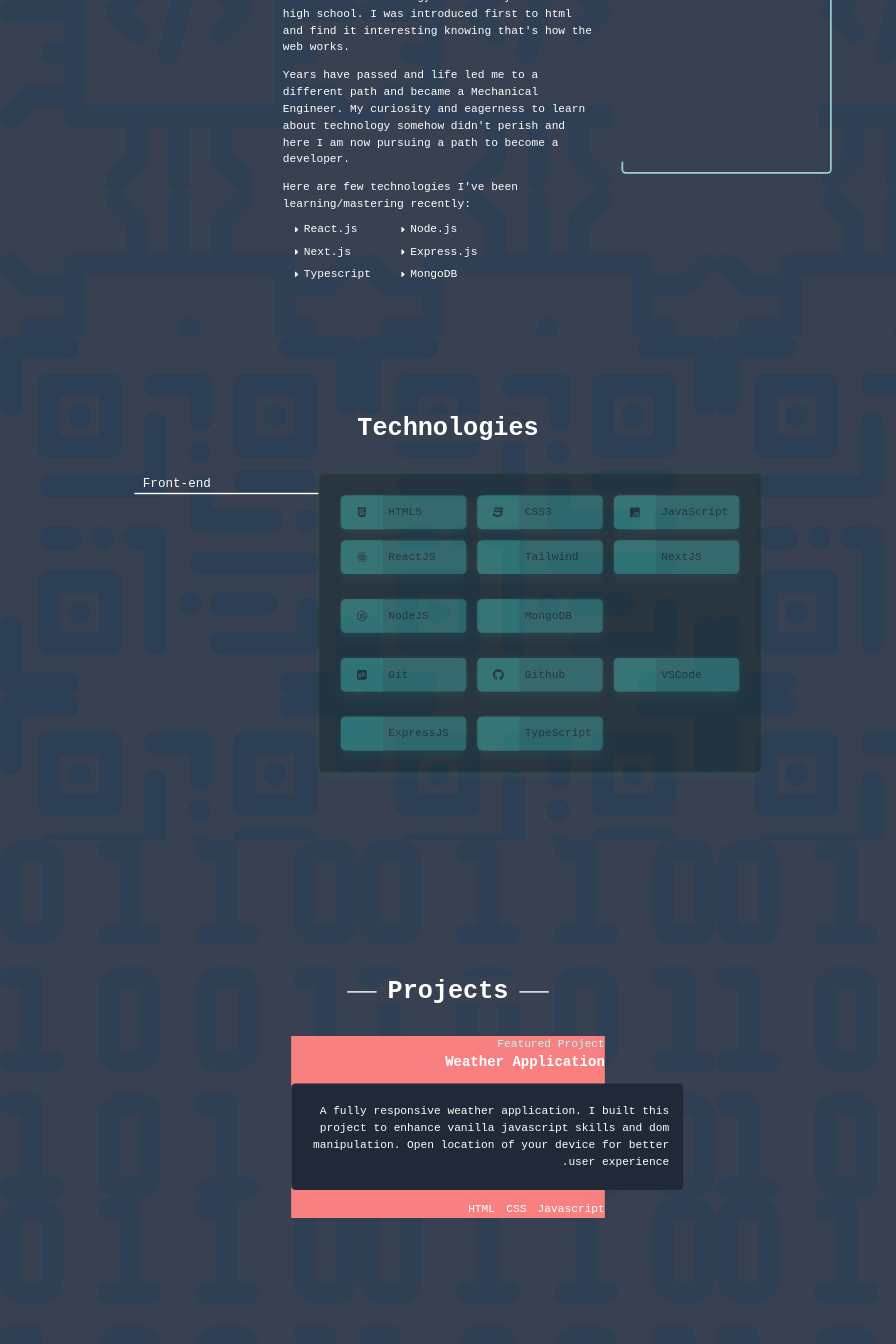
Repository: riandev25/nextjs-portfolio
Page: /
These files come from the project's save history. The page is drawn as it stood at one moment and after the next save; the edit follows.
The browser window is 1280 px wide. The pictures show the part of the page from y = 960 to 2880 px (the page is 2880 px tall), at 70% of full size.
Backgrounds fixed to the window are drawn as part of the page. The project was rebuilt for these pictures with package versions that can differ from the ones it lists, and the page was loaded fresh each time. The framework's server and built-in components were replaced by stand-ins that run in the browser. Also part of the build but not shown: next.config.js, components/Home/Keyboard/index.module.css, components/Home/Keyboard/index.jsx.

Above is the page before, as saved 2022-11-12 19:55:09.

After the next save:
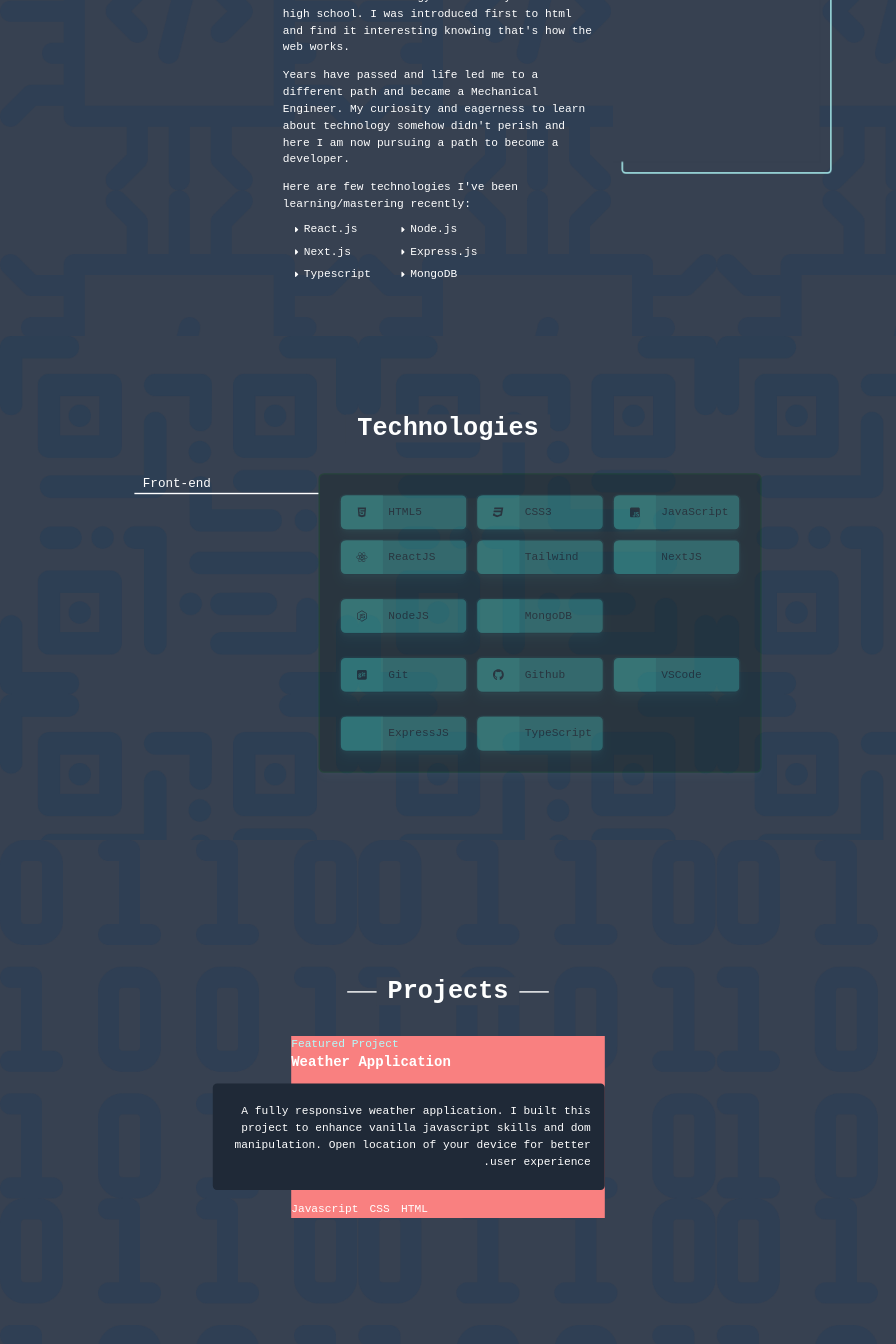
Saved 21 s later.
--- a/components/Projects/index.jsx
+++ b/components/Projects/index.jsx
@@ -34,7 +34,10 @@
             className='object-cover w-7/12'
           />
         </section> */}
-        <section className='w-[28rem] overflow-visible bg-red-400 space-y-4 rtl'>
+        <section
+          className='w-[28rem] overflow-visible bg-red-400 space-y-4 rtl'
+          dir='rtl'
+        >
           <div className='flex flex-col justify-center items-end'>
             <h2 className='text-neon'>Featured Project</h2>
             <h1 className='text-xl font-bold'>Weather Application</h1>

After the save that followed:
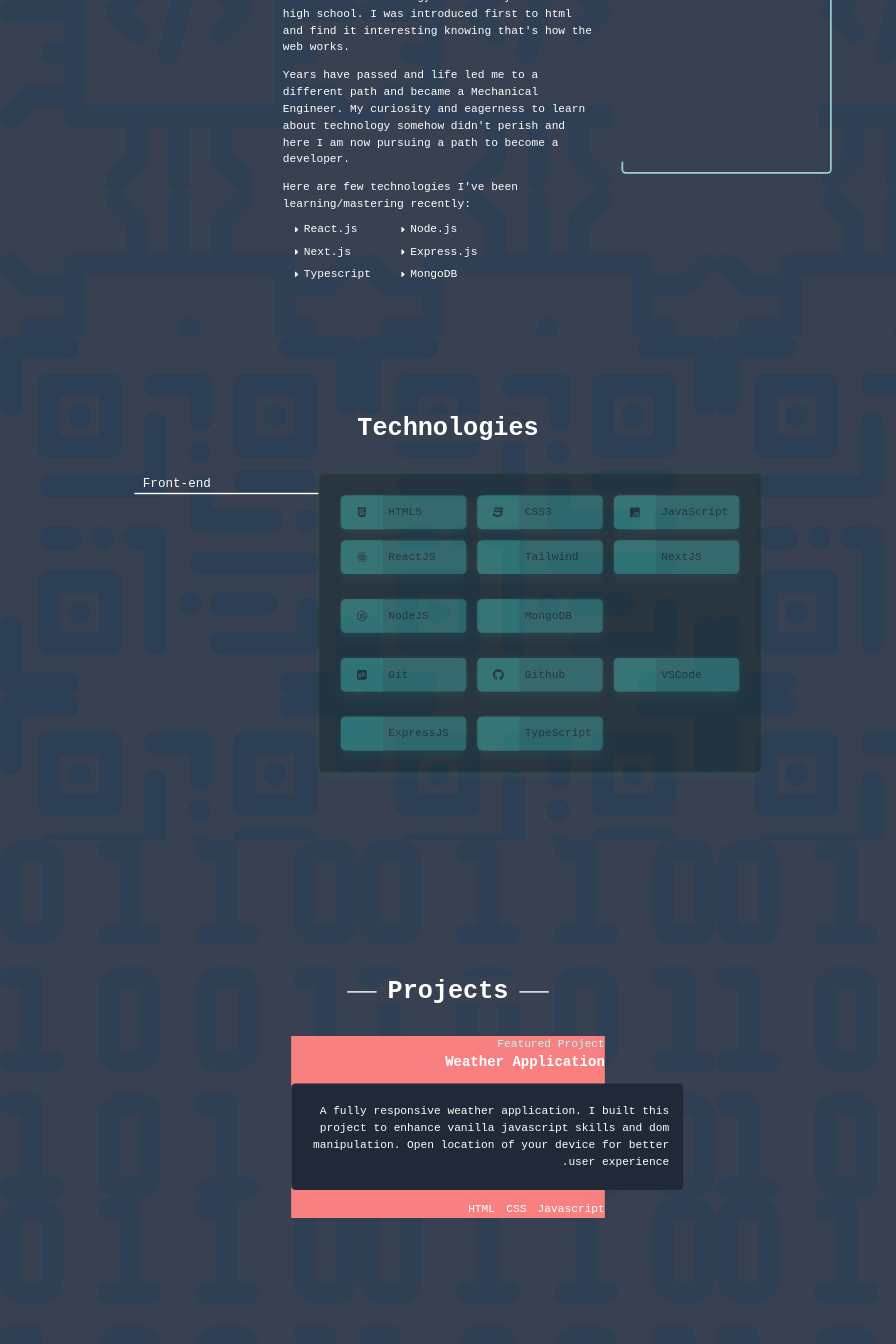
Saved 64 s later.
--- a/components/Projects/index.jsx
+++ b/components/Projects/index.jsx
@@ -34,10 +34,7 @@
             className='object-cover w-7/12'
           />
         </section> */}
-        <section
-          className='w-[28rem] overflow-visible bg-red-400 space-y-4 rtl'
-          dir='rtl'
-        >
+        <section className='w-[28rem] overflow-visible bg-red-400 space-y-4 rtl'>
           <div className='flex flex-col justify-center items-end'>
             <h2 className='text-neon'>Featured Project</h2>
             <h1 className='text-xl font-bold'>Weather Application</h1>
